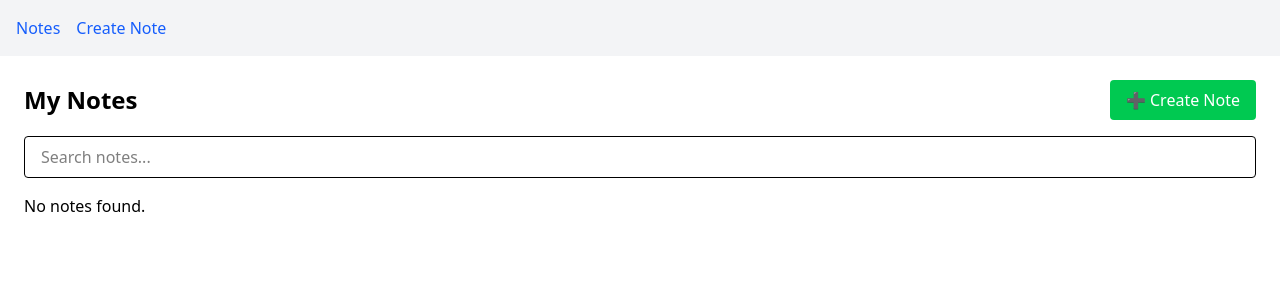
Repository: pin-seavmuy/NoteApplication
Page: / (app in note-vue/)
These files come from the project's save history. The page is drawn as it stood at one moment and after the next save; the edit follows.
The browser window is 1280 px wide. The pictures show the whole page.
The page's requests for data from a server got no answer. The project was rebuilt for these pictures with package versions that can differ from the ones it lists, and the page was loaded fresh each time. No one was signed in, and anything a server would have sent is missing. Also part of the build but not shown: note-vue/vite.config.ts, note-vue/src/components/NoteWrapper.vue, note-vue/src/views/CreateNote.vue, note-vue/src/views/NoteDetail.vue, note-vue/src/views/UpdateNote.vue.

Above is the page before, as saved 2025-09-16 10:46:24.

### note-vue/src/main.ts
// import { createApp } from 'vue'
// import './style.css'
// import App from './App.vue'

// createApp(App).mount('#app')


import { createApp } from 'vue'
import App from './App.vue'
import router from './router'
import './style.css'

const app = createApp(App)
app.use(router)
app.mount('#app')

### note-vue/src/App.vue
<script setup lang="ts">
  import HelloWorld from './components/HelloWorld.vue'
  import NotesList from '../components/NotesList.vue'
</script>

<!-- <template>
  <div>
    <HelloWorld msg="Vite + Vue" />
    <NotesList />
  </div>
</template> -->

<template>
  <div>
    <nav class="p-4 bg-gray-100 flex space-x-4">
      <router-link to="/" class="text-blue-600 hover:underline">Notes</router-link>
      <router-link to="/create" class="text-blue-600 hover:underline">Create Note</router-link>
    </nav>

    <router-view />
  </div>
</template>

<style scoped>
</style>

### note-vue/src/router/index.ts
import { createRouter, createWebHistory } from 'vue-router'

import NotesList from '../views/NotesList.vue'
import CreateNote from '../views/CreateNote.vue'
import NoteDetail from '../views/NoteDetail.vue'
import UpdateNote from '../views/UpdateNote.vue'

const routes = [
  {
    path: '/',
    name: 'NotesList',
    component: NotesList,
  },
  {
    path: '/create',
    name: 'CreateNote',
    component: CreateNote,
  },
  {
    path: '/notes/:id',
    name: 'NoteDetail',
    component: NoteDetail,
    props: true,
  },
    {
    path: '/notes/:id/edit',
    name: 'UpdateNote',
    component: UpdateNote,
    props: true
    }
]

const router = createRouter({
  history: createWebHistory(),
  routes,
})

export default router

### note-vue/src/views/NotesList.vue
<template>
  <div class="p-6">
    <div class="flex items-center justify-between mb-4">
      <h1 class="text-2xl font-bold">My Notes</h1>
      <router-link
        to="/create"
        class="bg-green-500 hover:bg-green-600 text-white text-base px-4 py-2 rounded"
      >
       ➕ Create Note
      </router-link>
    </div>



    <input
      v-model="search"
      type="text"
      placeholder="Search notes..."
      class="px-4 py-2 border rounded w-full mb-4"
    />

    <div v-if="loading">Loading...</div>
    <div v-else-if="filteredNotes.length === 0">No notes found.</div>

    <div
      v-else
      class="grid gap-4 grid-cols-1 sm:grid-cols-2 lg:grid-cols-3 xl:grid-cols-4"
    >
      <NoteWrapper
        v-for="note in filteredNotes"
        :key="note.id"
        :note="note"
      />
    </div>
  </div>
</template>

<script setup lang="ts">
import { ref, computed, onMounted } from 'vue'
import api from '../api/axios'
import NoteWrapper from '../components/NoteWrapper.vue'

interface Note {
  id: number
  title: string
  content: string | null
  createdAt: string
  updatedAt?: string | null
}

const notes = ref<Note[]>([])
const loading = ref(false)
const search = ref('')

async function fetchNotes() {
  loading.value = true
  try {
    const res = await api.get('/Notes')
    notes.value = res.data as Note[]
  } catch (error) {
    console.error('Error fetching notes:', error)
  } finally {
    loading.value = false
  }
}

const filteredNotes = computed(() =>
  notes.value.filter(note =>
    note.title.toLowerCase().includes(search.value.toLowerCase())
  )
)

onMounted(fetchNotes)
</script>

### note-vue/src/api/axios.ts
import axios from 'axios'

const api = axios.create({
  baseURL: 'http://localhost:5258/api',
})

export default api;

Loaded but not shown: note-vue/index.html (common file); note-vue/src/style.css (common file)

After the next save:
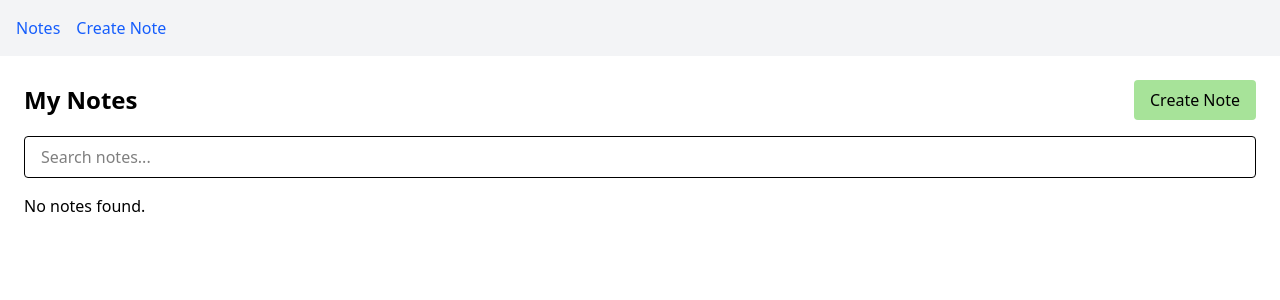
Saved 83 s later.
--- a/note-vue/src/views/NotesList.vue
+++ b/note-vue/src/views/NotesList.vue
@@ -3,11 +3,13 @@
     <div class="flex items-center justify-between mb-4">
       <h1 class="text-2xl font-bold">My Notes</h1>
       <router-link
-        to="/create"
-        class="bg-green-500 hover:bg-green-600 text-white text-base px-4 py-2 rounded"
-      >
-       ➕ Create Note
-      </router-link>
+  to="/create"
+  class="text-base px-4 py-2 rounded text-black hover:brightness-90"
+  style="background-color: #A7E399;"
+>
+  Create Note
+</router-link>
+
     </div>
 
 
